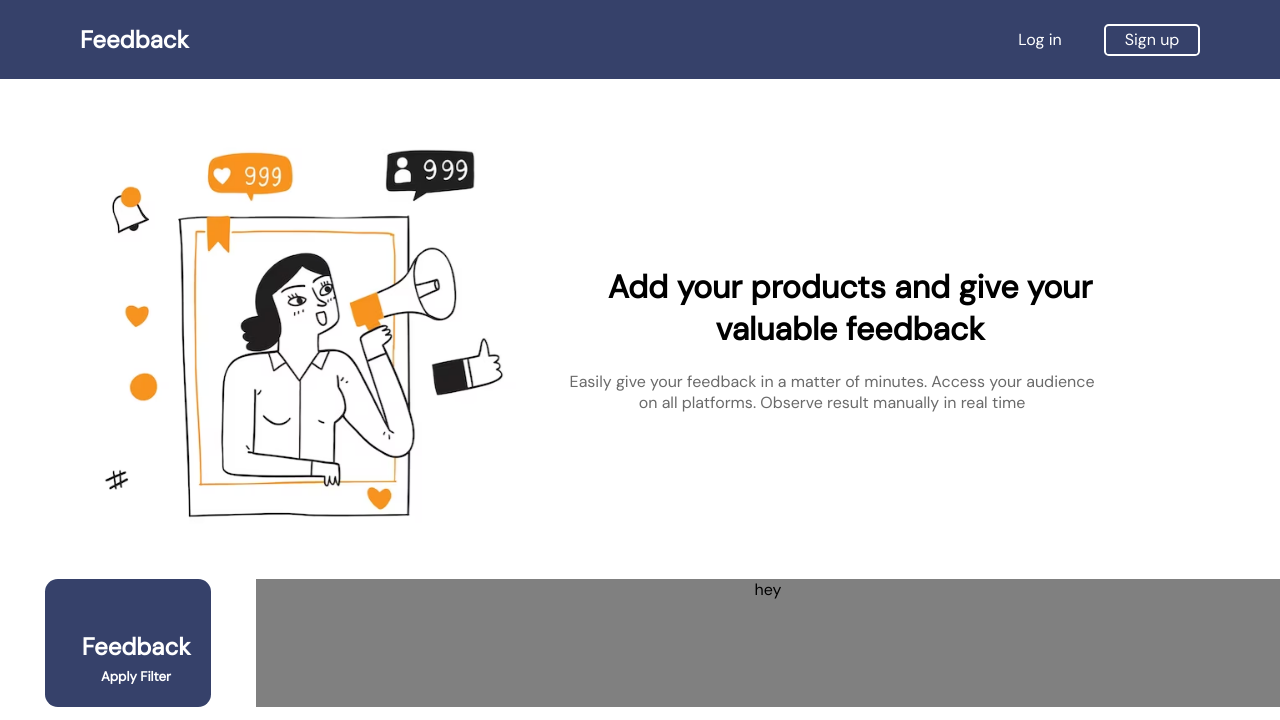
Repository: drumsmanku/final-evaluation-test
Page: / (app in client/)
These files come from the project's save history. The page is drawn as it stood at one moment and after the next save; the edit follows.
The browser window is 1280 px wide. The pictures show the whole page.
The page's requests for data from a server got no answer. The project was rebuilt for these pictures with package versions that can differ from the ones it lists, and the page was loaded fresh each time. No one was signed in, and anything a server would have sent is missing.

Above is the page before, as saved 2023-07-29 11:16:54.

After the next save:
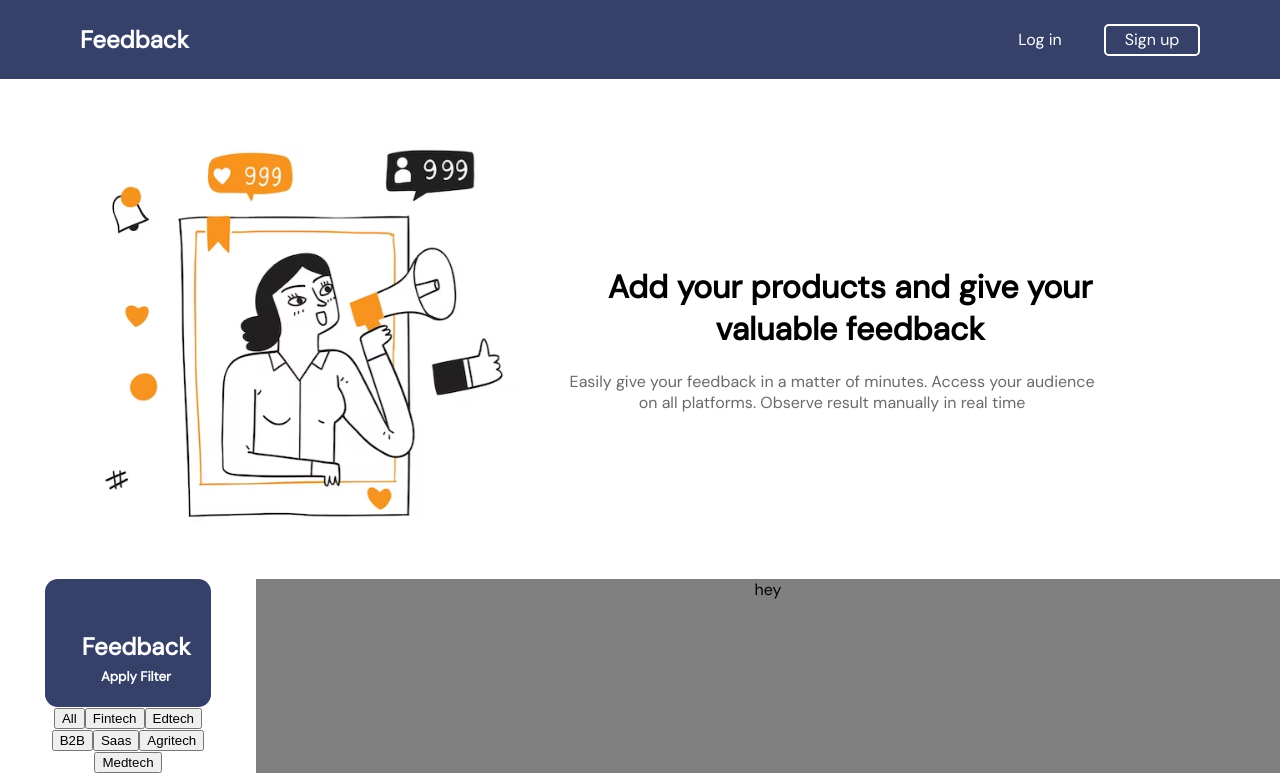
Saved 3 min 6 s later.
--- a/client/src/Components/MainPage.js
+++ b/client/src/Components/MainPage.js
@@ -3,6 +3,8 @@ import '../CSS/MainPage.css';
 import profile from'../Assets/profilepic.webp';
 import img1 from '../Assets/frontphoto.png';
 import axios from 'axios';
+
+const buttonTitles=['All', 'Fintech', 'Edtech', 'B2B', 'Saas', 'Agritech', 'Medtech']
 
 function MainPage() {
   const [categorySet, setCategorySet]=useState([])
@@ -75,7 +77,9 @@ function MainPage() {
             <h5 style={{marginTop:0, marginLeft:'1rem'}}>Apply Filter</h5>
           </article>
           <article style={{width:'65%', borderRadius:'0.8rem'}}>
-
+             {buttonTitles.map((title, idx)=>(
+              <button key={idx}>{title}</button>
+             ))}
           </article>
         </div>
         <div className="bottom-right">
